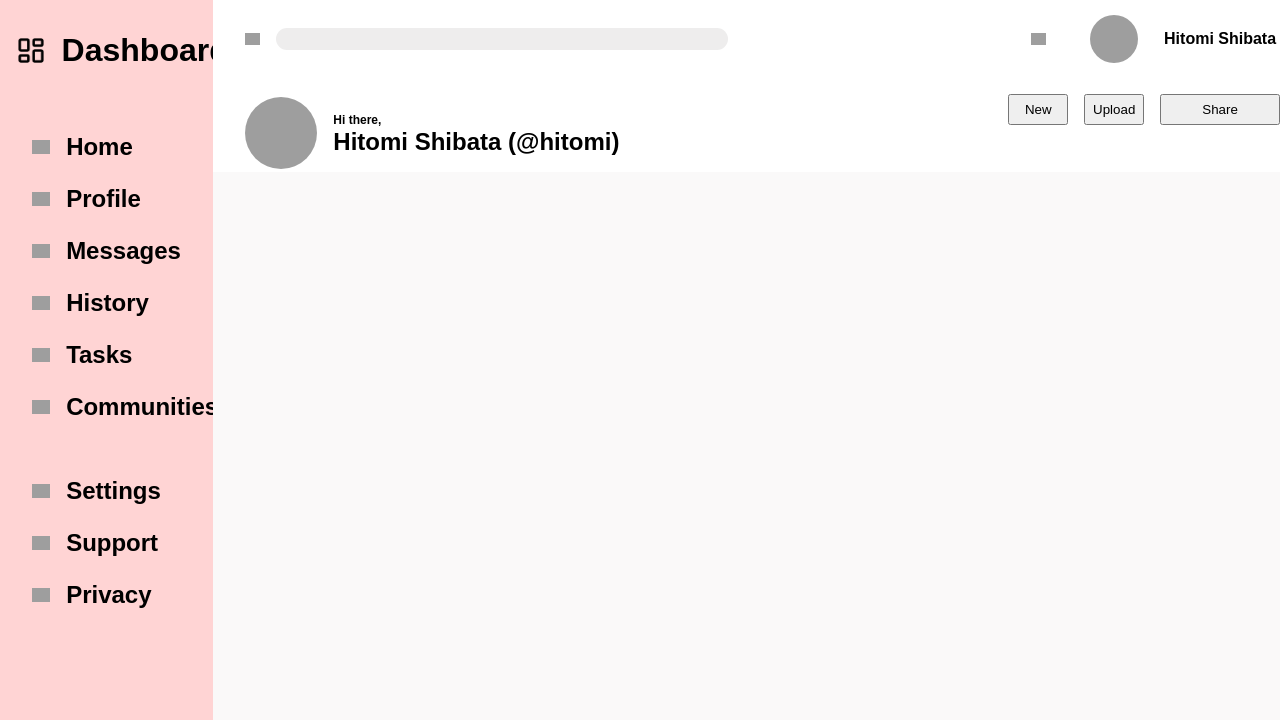
Repository: yeetzpxoci/dashboard
Page: index.html
The author's editor kept a copy of each file at every save. The page is drawn from the files as they stood at one save, then again after the next save.
The browser window is 1280 px wide. The pictures show the whole page.
Pictures or frames that could not be fetched are drawn as grey boxes.

Above is the page before, as saved 2023-02-18 13:36:17.

After the next save:
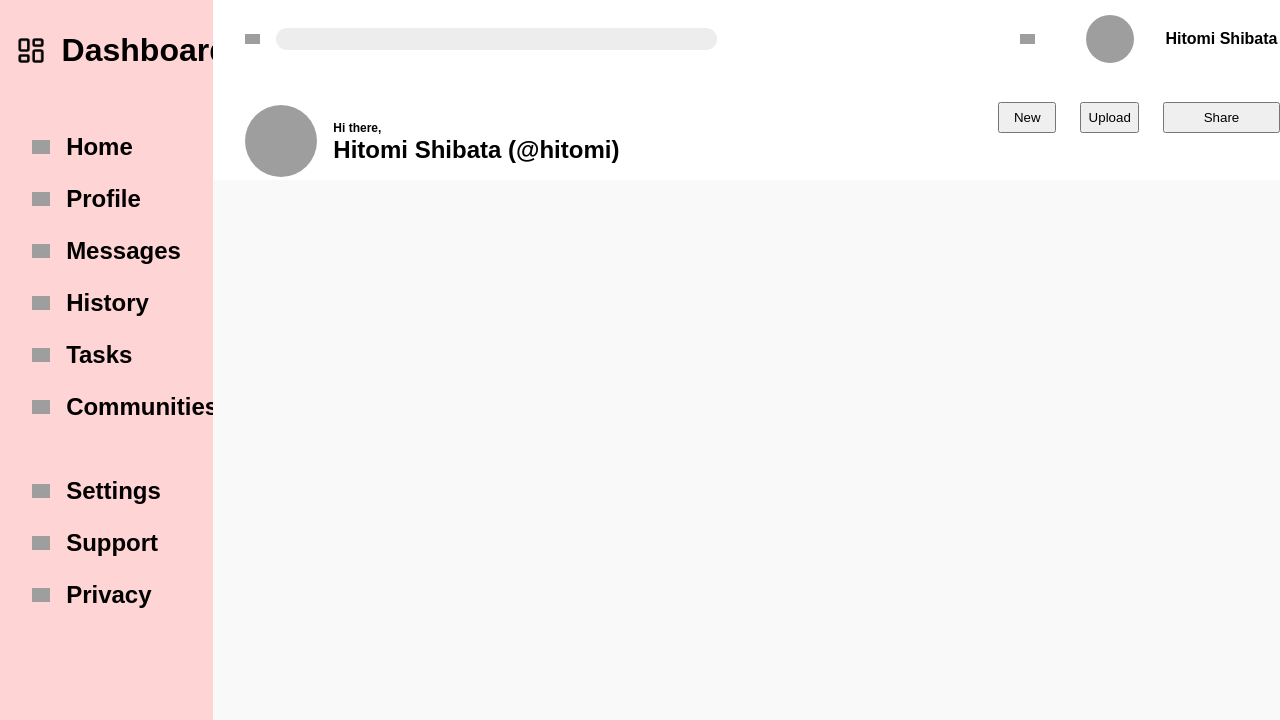
Saved 6 s later.
--- a/styles.css
+++ b/styles.css
@@ -67,7 +67,7 @@ body {
     display: grid;
     grid-template-columns: 13fr 1fr 1fr 2fr;
     grid-template-rows: 1fr 1fr;
-    gap: 16px;
+    gap: 24px;
 }
 
 .search {
